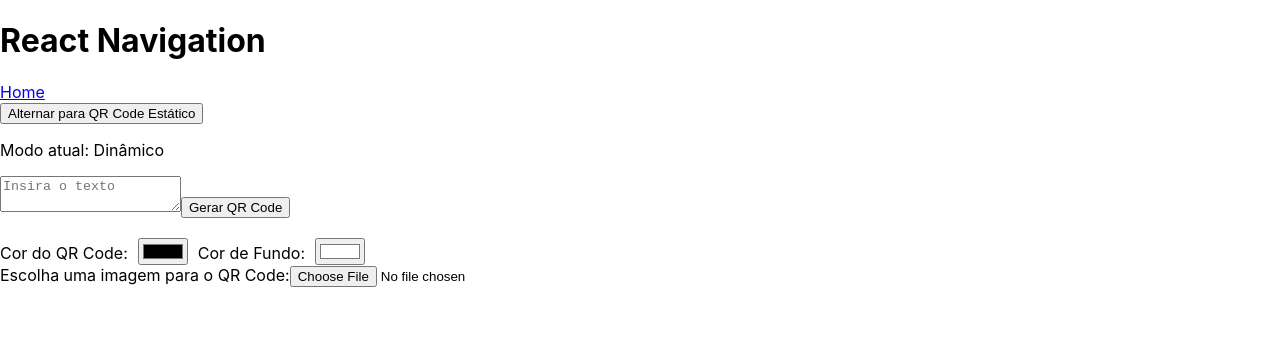
Repository: MarcusVTAlmeida/ReactQrcode
Page: /Home
The author's editor kept a copy of each file at every save. The page is drawn from the files as they stood at one save, then again after a run of saves.
The browser window is 1280 px wide. The pictures show the whole page.
The project was rebuilt for these pictures with package versions that can differ from the ones it lists, and the page was loaded fresh each time. Also part of the build but not shown: src/profile.js, src/login.js.

Above is the page before, as saved 2024-12-16 11:44:00.

### src/App.js
import React from 'react';
import { BrowserRouter as Router, Routes, Route } from 'react-router-dom';
import Home from './home';
import Login from './login';
import Profile from './profile';

function App() {
  return (
    <Router>
      <div>
        <h1>React Navigation</h1>
        {/* Links de navegação */}
        <nav>
          <a href="/Home">Home</a>
        </nav>
        {/* Configuração de Rotas */}
        <Routes>
          <Route path="/" element={<Login />} />
          <Route path="/Home" element={<Home />} />
          <Route path="/Profile" element={<Profile />} />
        </Routes>
      </div>
    </Router>
  );
}

export default App;

### src/home.js
import React, { useState } from 'react';
import { Route, Routes, Link } from 'react-router-dom';
import { QRCodeSVG } from 'qrcode.react';
import { firestore, auth, storage } from './firebase'; // Adicionar storage
import { collection, serverTimestamp, setDoc, doc } from 'firebase/firestore';
import { ref, uploadBytes, getDownloadURL } from 'firebase/storage'; // Métodos para trabalhar com Storage
import Profile from './profile';  // Import ProfileScreen

export default function App() {
  const [qrCodeValue, setQrCodeValue] = useState('');
  const [qrCodeData, setQrCodeData] = useState(null);
  const [isStaticMode, setIsStaticMode] = useState(false);
  const [selectedMode, setSelectedMode] = useState('text');
  const [documentId, setDocumentId] = useState(null);

  // Adicionar estados para personalização de cores
  const [fgColor, setFgColor] = useState('#000000'); // Cor do primeiro plano (preto por padrão)
  const [bgColor, setBgColor] = useState('#ffffff'); // Cor de fundo (branco por padrão)

  // Adicionar estado para armazenar a imagem
  const [selectedImage, setSelectedImage] = useState(null);
  const [imageURL, setImageURL] = useState(null);

  const placeholders = {
    text: 'Insira o texto',
    link: 'Insira o link (https://)',
    telefone: 'Insira o número de telefone',
    whatsapp: 'Insira o número do WhatsApp',
    contato: 'Insira as informações de contato',
    wifi: 'Insira os dados do Wi-Fi',
    instagram: 'Insira o nome de usuário do Instagram',
    youtube: 'Insira o link do canal ou vídeo do YouTube',
    email: 'Insira o endereço de e-mail',
    facebook: 'Insira o link ou nome do perfil no Facebook',
    messenger: 'Insira o nome do usuário no Messenger',
  };

  const handleGenerateQRCode = async () => {
    if (!qrCodeValue.trim()) {
      alert('Por favor, insira um valor para o QR Code!');
      return;
    }

    const user = auth.currentUser;
    if (!user) {
      alert('Você precisa estar logado para gerar QR Codes!');
      return;
    }

    let uploadedImageURL = null;

    // Fazer upload da imagem se ela existir
    if (selectedImage) {
      try {
        const imageRef = ref(storage, `images/${user.uid}/${Date.now()}_${selectedImage.name}`);
        await uploadBytes(imageRef, selectedImage);
        uploadedImageURL = await getDownloadURL(imageRef);
        setImageURL(uploadedImageURL);
      } catch (error) {
        console.error('Erro ao fazer upload da imagem:', error);
        alert('Erro ao fazer upload da imagem. Tente novamente.');
        return;
      }
    }

    if (isStaticMode) {
      try {
        const docRef = doc(collection(firestore, 'links'));
        await setDoc(docRef, {
          value: qrCodeValue.trim(),
          contentType: selectedMode,
          createdAt: serverTimestamp(),
          userId: user.uid,
          type: 'estatico',
          fgColor, // Salvar a cor do primeiro plano
          bgColor, // Salvar a cor de fundo
          imageURL: uploadedImageURL, // Salvar o URL da imagem
        });
        setDocumentId(docRef.id);
        alert('QR Code estático salvo com sucesso!');
        setQrCodeData({ qrCodeValue });
      } catch (error) {
        console.error('Erro ao salvar QR Code estático:', error);
        alert('Erro ao salvar QR Code. Tente novamente.');
      }
    } else {
      try {
        const docRef = doc(collection(firestore, 'links'));
        const dynamicLink = `https://qrcode-7bd9a.web.app/${docRef.id}`;

        await setDoc(docRef, {
          link: dynamicLink,
          destinationUrl: qrCodeValue.trim(),
          contentType: selectedMode,
          createdAt: serverTimestamp(),
          userId: user.uid,
          type: 'dinamico',
          fgColor, // Salvar a cor do primeiro plano
          bgColor, // Salvar a cor de fundo
          imageURL: uploadedImageURL, // Salvar o URL da imagem
        });

        setQrCodeData({ qrCodeValue: dynamicLink });
        alert('QR Code dinâmico salvo com sucesso!');
      } catch (error) {
        console.error('Erro ao gerar QR Code dinâmico:', error);
        alert('Erro ao salvar o QR Code. Tente novamente.');
      }
    }
  };

  return (
    <div style={styles.container}>
      <div style={styles.switchContainer}>
        <button
          onClick={() => {
            setIsStaticMode(!isStaticMode);
            setQrCodeValue('');
            setQrCodeData(null);
          }}
        >
          Alternar para QR Code {isStaticMode ? 'Dinâmico' : 'Estático'}
        </button>
        <p style={styles.modeText}>
          Modo atual: {isStaticMode ? 'Estático' : 'Dinâmico'}
        </p>
      </div>

      <div style={styles.inputContainer}>
        <textarea
          placeholder={placeholders[selectedMode]}
          value={qrCodeValue}
          onChange={(e) => setQrCodeValue(e.target.value)}
          style={styles.input}
        />

        <button style={styles.generateButton} onClick={handleGenerateQRCode}>
          Gerar QR Code
        </button>

        {/* Adicionar inputs para personalizar cores */}
        <div style={styles.colorPickerContainer}>
          <label>
            Cor do QR Code:
            <input
              type="color"
              value={fgColor}
              onChange={(e) => setFgColor(e.target.value)}
              style={styles.colorPicker}
            />
          </label>
          <label>
            Cor de Fundo:
            <input
              type="color"
              value={bgColor}
              onChange={(e) => setBgColor(e.target.value)}
              style={styles.colorPicker}
            />
          </label>
        </div>

        {/* Adicionar input para selecionar imagem */}
        <div style={styles.imageUploadContainer}>
          <label>
            Escolha uma imagem para o QR Code:
            <input
              type="file"
              accept="image/*"
              onChange={(e) => setSelectedImage(e.target.files[0])}
              style={styles.imageInput}
            />
          </label>
        </div>

        {qrCodeData && (
          <div style={styles.qrCodeContainer}>
            <p style={styles.qrCodeText}>
              {isStaticMode
                ? `Conteúdo: ${qrCodeValue}`
                : 'Escaneie o QR Code para acessar o link:'}
            </p>
            <QRCodeSVG
              value={qrCodeData.qrCodeValue}
              size={150}
              fgColor={fgColor}
              bgColor={bgColor}
              imageSettings={{
                src: imageURL || '',
                x: undefined,
                y: undefined,
                height: 30,
                width: 30,
                excavate: true,
              }}
            />
          </div>
        )}
      </div>
    </div>
  );
}

const styles = {
  colorPickerContainer: {
    marginTop: '20px',
    display: 'flex',
    gap: '10px',
    alignItems: 'center',
  },
  colorPicker: {
    marginLeft: '10px',
  },
  profileButtonContainer: {
    marginTop: '20px',
  },
  profileButton: {
    backgroundColor: '#007BFF',
    color: 'white',
    padding: '10px 20px',
    border: 'none',
    borderRadius: '5px',
    cursor: 'pointer',
  },
};

### src/firebase.js
// Import the functions you need from the SDKs you need
import { initializeApp } from "firebase/app";
import { getFirestore } from 'firebase/firestore';
import { getAnalytics } from "firebase/analytics";
import { getAuth } from "firebase/auth";
import { getStorage } from "firebase/storage";  // Importando o Storage

// Your web app's Firebase configuration
// For Firebase JS SDK v7.20.0 and later, measurementId is optional
const firebaseConfig = {
  apiKey: "AIzaSyANnWzrWF4HTNIw2-PyLx1LzhZglVDQbKo",
  authDomain: "qrcode-7bd9a.firebaseapp.com",
  projectId: "qrcode-7bd9a",
  storageBucket: "qrcode-7bd9a.firebasestorage.app",
  messagingSenderId: "617240442081",
  appId: "1:617240442081:web:80603925268030ef3833a0",
  measurementId: "G-TQ543GGTEE"
};

// Initialize Firebase
const app = initializeApp(firebaseConfig);
const firestore = getFirestore(app);
const auth = getAuth(app);
const storage = getStorage(app);  // Inicializando o Storage

export { auth, firestore, storage };

Loaded but not shown: public/index.html (common file); src/index.js (common file); src/index.css (common file); src/reportWebVitals.js (common file)

After the next 2 saves:
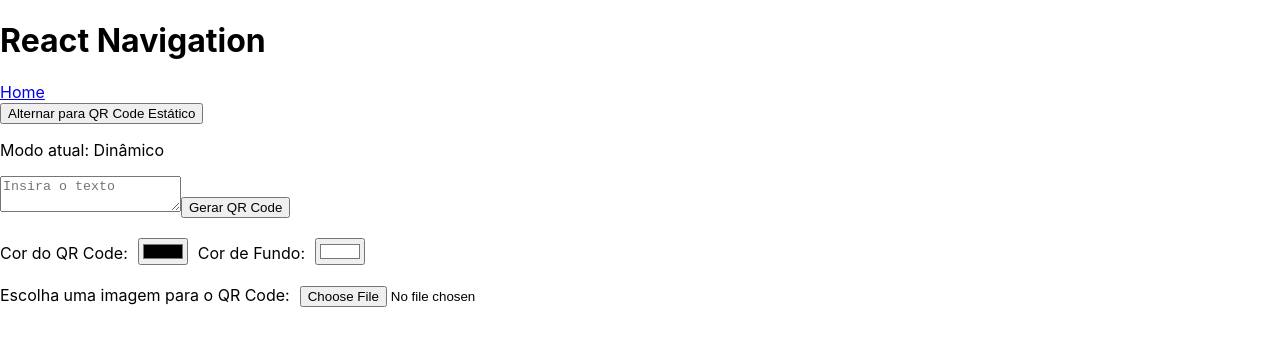
The 2 saves are shown as one change because they came seconds apart.
The last was saved 24 s later.
--- a/src/home.js
+++ b/src/home.js
@@ -211,6 +211,21 @@ const styles = {
   colorPicker: {
     marginLeft: '10px',
   },
+  imageUploadContainer: {
+    marginTop: '20px',
+  },
+  imageInput: {
+    marginLeft: '10px',
+  },
+  colorPickerContainer: {
+    marginTop: '20px',
+    display: 'flex',
+    gap: '10px',
+    alignItems: 'center',
+  },
+  colorPicker: {
+    marginLeft: '10px',
+  },
   profileButtonContainer: {
     marginTop: '20px',
   },
